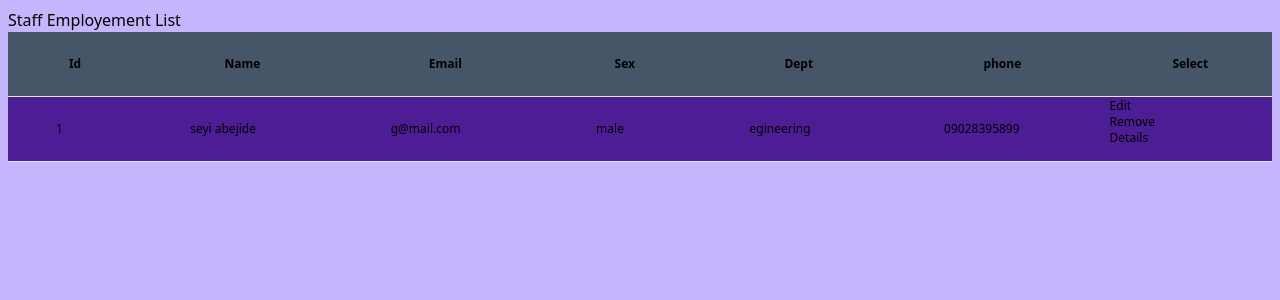
Repository: Semanmernstack/crud
Page: /
The author's editor kept a copy of each file at every save. The page is drawn from the files as they stood at one save, then again after the next save.
The browser window is 1280 px wide. The pictures show the whole page.
The project was rebuilt for these pictures with package versions that can differ from the ones it lists, and the page was loaded fresh each time. Requests to the local data server were answered from the project's data file. Also part of the build but not shown: src/Details.js, src/Create.js, src/Edit.js.

Above is the page before, as saved 2022-12-24 01:00:42.

### src/App.js
import List from "./List";
import {
  BrowserRouter,
  Routes,
  Route,

} from "react-router-dom";
import Details from "./Details";
import Create from "./Create";
import Edit from "./Edit";



function App() {
  return (
    <div className="bg-slate-100 h-screen">
      <BrowserRouter>

      <Routes>
        <Route path="/" element={<List/>}> </Route>
        <Route path="/employee/create" element={<Create/>}> </Route>
        <Route path="/employee/details/:empid" element={<Details/>}> </Route>
        <Route path="/employee/edit/:empid" element={<Edit/>}> </Route>
      </Routes>
      </BrowserRouter>

    </div>
  );
}

export default App;

### src/List.js

import React, { useEffect, useState } from 'react'

function List() {
    const [records, setRecords] = useState("")

    useEffect(() => {
        fetch("http://localhost:8000/employee").then((res) => {
            return res.json()
        }).then((resp) => {
            console.log(resp)
            setRecords(resp)

        })

    }, [])
  return (
    <div className="overflow-x-hidden lg:max-w-7xl mx-auto  p-2 items-center bg-violet-300 h-screen   ">

        <p>Staff Employement List</p>


        <table className="  w-[100%] bg-violet-900 text-xs   " >

            <thead>
                <tr className="border-b bg-slate-600">
                    <th scope='col' className=" lg:py-6 lg:px-12 py-4 px-6">Id</th>
                    <th scope='col' className=" lg:py-6 lg:px-12 py-4 px-6">Name</th>
                    <th scope='col' className=" lg:py-6 lg:px-12 py-4 px-6">Email</th>
                    <th scope='col' className=" lg:py-6 lg:px-12 py-4 px-6">Sex</th>
                    <th scope='col' className=" lg:py-6 lg:px-12 py-4 px-6">Dept</th>
                    <th scope='col' className=" lg:py-6 lg:px-12 py-4 px-6">phone</th>
                    <th scope='col' className=' lg:py-6 lg:px-12 py-4 px-6'>Select</th>

                </tr>
            </thead>
            <tbody>
                {
                    records &&
                    records.map((record) => (
                    <tr className="border-b" key={record.id}>
                        <td className=" lg:py-6 lg:px-12 py-3 px-4">{record.id}</td>
                        <td className=" lg:py-6 lg:px-12 py-3 px-4" >{record.name}</td>
                        <td className=" lg:py-6 lg:px-12 py-3 px-4">{record.email}</td>
                        <td className=" lg:py-6 lg:px-12 py-3 px-4">{record.sex}</td>
                        <td className=" lg:py-6 lg:px-12 py-3 px-4">{record.dept}</td>
                        <td className=" lg:py-6 lg:px-12 py-3 px-4">{record.phone}</td>
                        <td className='flex flex-col'>
                            <a href="">Edit</a>
                            <a href="">Remove</a>
                            <a href="">Details</a>
                        </td>
                    </tr>
                    ))
                }

            </tbody>

        </table>




    </div>
  )
}

export default List

### db.json
{
  "employee": [
    {
      "id": 1,
      "name": "seyi abejide",
      "email": "g@mail.com",
      "phone": "09028395899",
      "dept": "egineering",
      "sex": "male"

    }
  ]

}

Loaded but not shown: public/index.html (common file); src/index.js (common file); src/index.css (common file); src/reportWebVitals.js (common file); tailwind.config.js (common file)

After the next save:
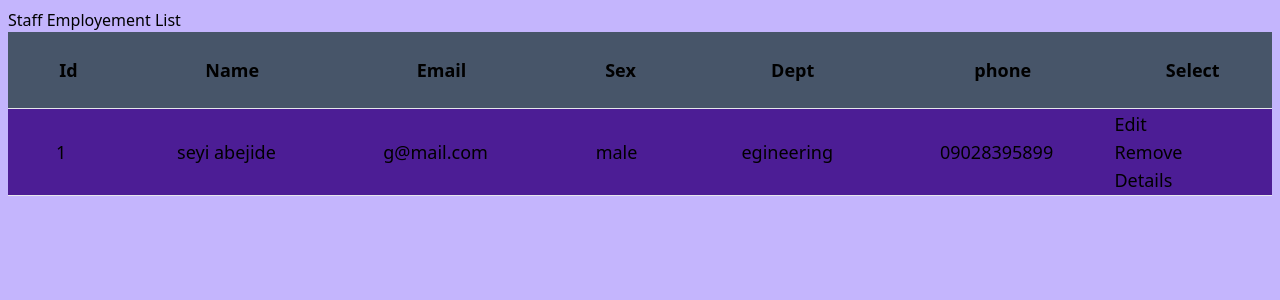
Saved 33 s later.
--- a/src/List.js
+++ b/src/List.js
@@ -20,7 +20,7 @@ function List() {
         <p>Staff Employement List</p>
 
 
-        <table className="  w-[100%] bg-violet-900 text-xs   " >
+        <table className="  w-[100%] bg-violet-900 text-xs md:text-sm lg:text-lg   " >
 
             <thead>
                 <tr className="border-b bg-slate-600">
